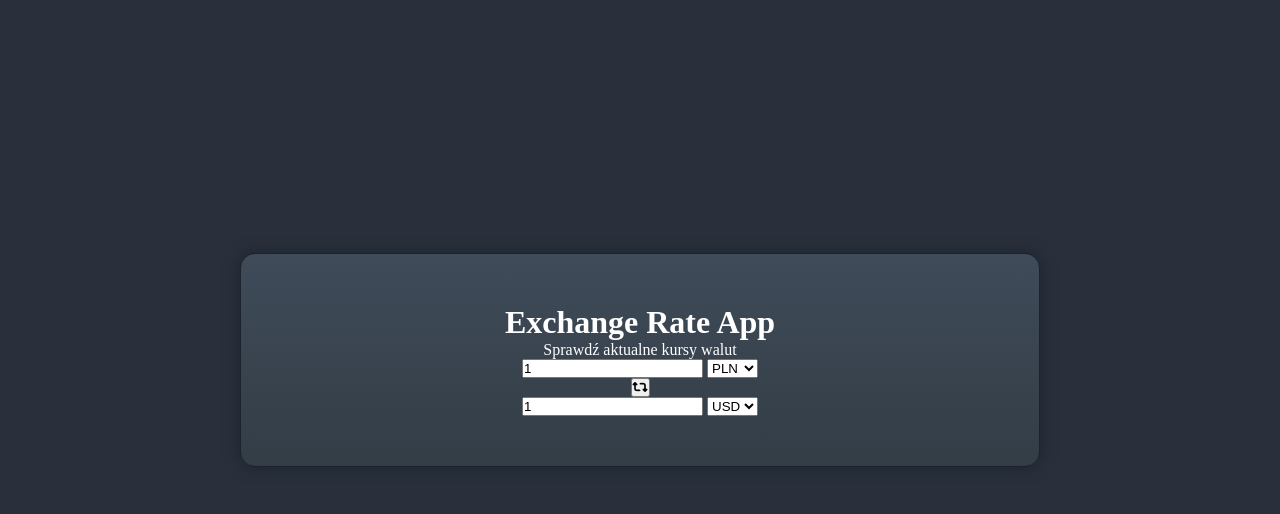
Repository: KrzysKolo/Projekt-6_Kantor
Page: index.html
The author's editor kept a copy of each file at every save. The page is drawn from the files as they stood at one save, then again after the next save.
The browser window is 1280 px wide. The pictures show the whole page.
Some web fonts or font styles are not loaded; a fallback is used. Some web libraries are served in a nearby version.

Above is the page before, as saved 2020-07-12 05:45:30.

After the next save:
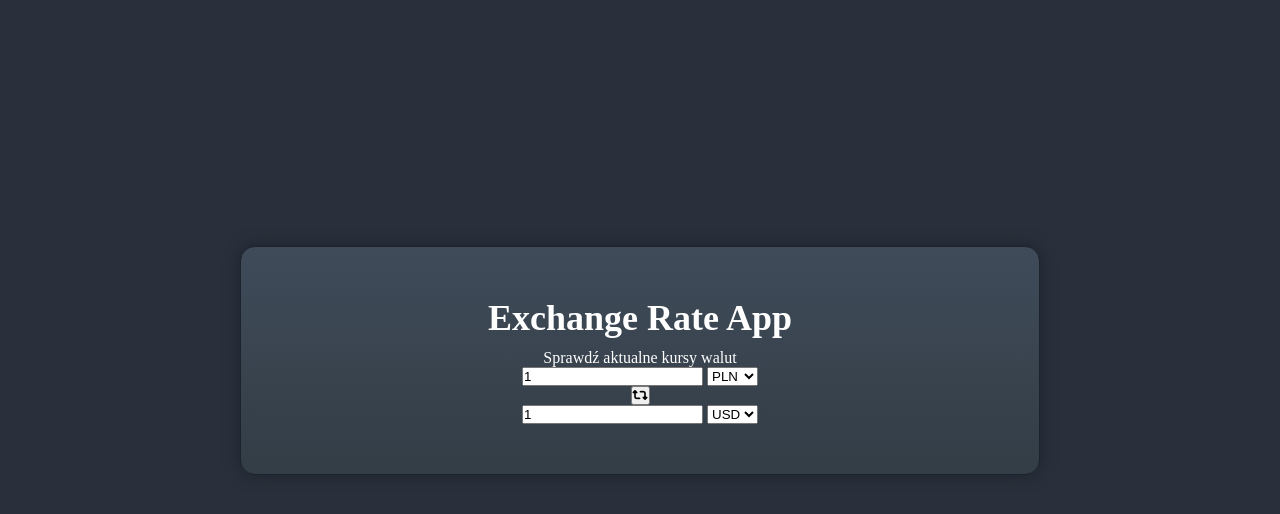
Saved 4 min 41 s later.
--- a/css/style.css
+++ b/css/style.css
@@ -21,3 +21,13 @@ body {
   border-radius: 15px;
   box-shadow: 0 0 15px #1c232d;
 }
+.wrapper h1 {
+  margin-bottom: 10px;
+  font-size: 36px;
+}
+.wtapper p {
+  margin-bottom: 50px;
+  font-size: 26px;
+  font-weight: 200;
+  font-family: "Montserrat", sans-serif;
+}
